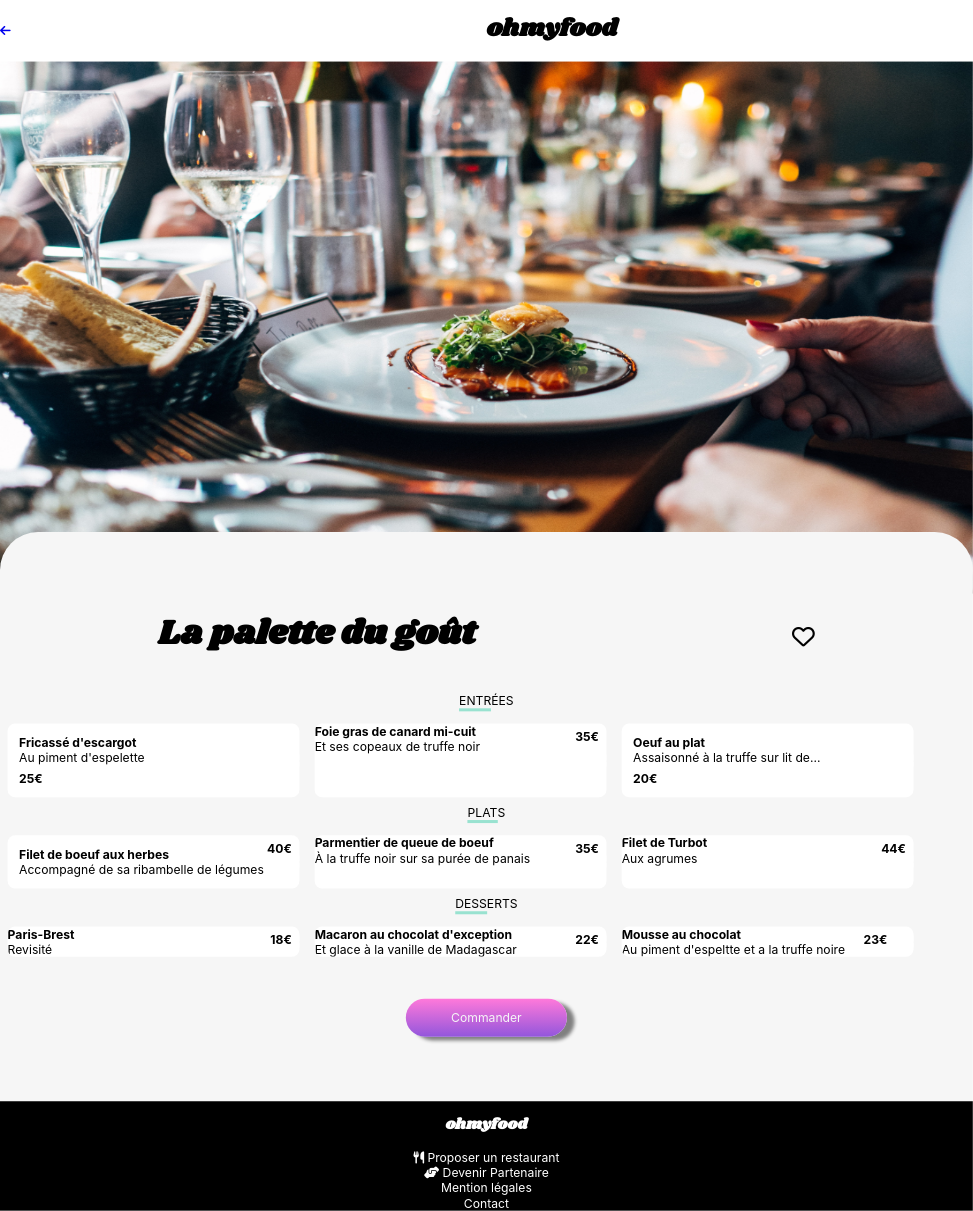
Repository: yacinebouk/ohmyfood
Page: palette.html
These files come from the project's save history. The page is drawn as it stood at one moment and after the next save; the edit follows.
The browser window is 1280 px wide. The pictures show the whole page, at 76% of full size.
Some web libraries are served in a nearby version. The style sheet was rebuilt from its Sass, Less or Tailwind sources for each picture, by a compiler version that may differ from the author's.

Above is the page before, as saved 2022-06-27 17:03:35.

### palette.html
<!DOCTYPE html>
<html lang="fr">

<head>
    <script src="https://kit.fontawesome.com/225bbe1e2d.js" crossorigin="anonymous"></script>
    <meta charset="utf-8" />
    <title>ohmyfood</title>
    <link rel="stylesheet" href="style/francaise.css" />
    <meta name="viewport" content="width=device-width, initial-scale=1">

</head>

<body>
    <main>
        <header>
            <div class="tittle-head">
                <div class="logo-tittle"><a href="./index.html"><i class="fa-solid fa-arrow-left"></i></a></div>
                <h1 class="tittle">ohmyfood</h1>
            </div>
            <div class="img-restaurant"><img src="./images/restaurants/jay-wennington-N_Y88TWmGwA-unsplash.jpg" width="100%" height="100%" class="logo" alt="francaise"></div>
        </header>
        <section class="food">
            <div class="french-tittle">
                <h2><b>La palette du goût</b> </h2>
                <div class="logo-heart"><i class="fa-regular fa-heart"></i></div>
            </div>
            <div class="starter">
                <div class="tittle"><span>ENTR</span>ÉES</div>
                <div class="block">
                    <div class="border">
                        <div class="pd-15">
                            <div class="text">
                                <div class="major"><b>Fricassé d'escargot</b></div>
                                <div class="flavors">Au piment d'espelette</div>
                            </div>
                            <div class="block-price">
                                <div class="price"><b>25€</b></div>
                            </div>
                        </div>
                        <div class="icon-slide"><i class="fa-solid fa-circle-check"></i></div>
                    </div>
                    <div class="border">
                        <div class="text">
                            <div class="major"><b>Foie gras de canard mi-cuit</b></div>
                            <div class="flavors">Et ses copeaux de truffe noir</div>
                        </div>
                        <div class="block-price">
                            <div class="price"><b>35€</b></div>
                            <div class="icon-slide"><i class="fa-solid fa-circle-check"></i></div>
                        </div>
                    </div>
                    <div class="border">
                        <div class="pd-15">
                            <div class="text">
                                <div class="major"><b>Oeuf au plat</b></div>
                                <div class="flavors">Assaisonné à la truffe sur lit de...</div>
                            </div>
                            <div class="block-price">
                                <div class="price"><b>20€</b></div>
                            </div>
                        </div>
                        <div class="icon-slide"><i class="fa-solid fa-circle-check"></i></div>
                    </div>
                </div>
                <div class="dishes">
                    <div class="tittle"><span>PLAT</span>S</div>
                    <div class="block">
                        <div class="border">
                            <div class="pd-15">
                                <div class="major"><b>Filet de boeuf aux herbes</b></div>
                                <div class="flavors">Accompagné de sa ribambelle de légumes</div>
                            </div>
                            <div class="block-price">
                                <div class="price"><b>40€</b></div>
                                <div class="icon-slide"><i class="fa-solid fa-circle-check"></i></div>
                            </div>

                        </div>
                        <div class="border">
                            <div class="text">
                                <div class="major"><b>Parmentier de queue de boeuf</b></div>
                                <div class="flavors">À la truffe noir sur sa purée de panais</div>
                            </div>
                            <div class="block-price">
                                <div class="price"><b>35€</b></div>
                                <div class="icon-slide"><i class="fa-solid fa-circle-check"></i></div>
                            </div>
                        </div>
                        <div class="border">
                            <div class="text">
                                <div class="major"><b>Filet de Turbot</b></div>
                                <div class="flavors">Aux agrumes</div>
                            </div>
                            <div class="block-price">
                                <div class="price"><b>44€</b></div>
                                <div class="icon-slide"><i class="fa-solid fa-circle-check"></i></div>
                            </div>
                        </div>
                    </div>
                </div>
            </div>
            <div class="dessert">
                <div class="tittle"><span>DESS</span>ERTS</div>
                <div class="block">
                    <div class="border">
                        <div class="text">
                            <div class="major"><b>Paris-Brest</b></div>
                            <div class="flavors">Revisité</div>
                        </div>
                        <div class="block-price">
                            <div class="price"><b>18€</b></div>
                            <div class="icon-slide"><i class="fa-solid fa-circle-check"></i></div>
                        </div>
                    </div>
                    <div class="border">
                        <div class="text">
                            <div class="major"><b>Macaron au chocolat d'exception</b></div>
                            <div class="flavors">Et glace à la vanille de Madagascar</div>
                        </div>
                        <div class="block-price">
                            <div class="price"><b>22€</b></div>
                            <div class="icon-slide"><i class="fa-solid fa-circle-check"></i></div>
                        </div>
                    </div>
                    <div class="border">
                        <div class="text">
                            <div class="major"><b>Mousse au chocolat</b></div>
                            <div class="flavors">Au piment d'espeltte et a la truffe noire</div>
                        </div>
                        <div class="price"><b>23€</b></div>
                        <div class="block-price">
                            <div class="icon-slide"><i class="fa-solid fa-circle-check"></i></div>
                        </div>
                    </div>
                </div>
            </div>
            <div class="order">
                <span>Commander</span>
            </div>
        </section>
        <footer>
            <div class="frame-end">
                <h3>ohmyfood</h3>
                <div class="end">
                    <div class="propose"> <i class="fa-solid fa-utensils"></i> Proposer un restaurant</div>
                    <div class="partner"> <i class="fa-solid fa-handshake-angle"></i> Devenir Partenaire</div>
                    <div class="mention">Mention légales</div>
                    <div class="contact">
                        <a href="mailto">Contact</a></div>
                </div>
            </div>
        </footer>
    </main>
</body>

### style/francaise.scss
     @font-face {
         font-family: 'Shrikhand';
         src: url('./Shrikhand-Regular.otf');
     }

     html {
         font-family: -apple-system, BlinkMacSystemFont, 'Segoe UI', Roboto, Oxygen, Ubuntu, Cantarell, 'Open Sans', 'Helvetica Neue', sans-serif;
     }

     header {
         height: 700px;
     }

     main {
         font-size: 16px;
     }

     body {
         margin: 0;
     }

     .img-restaurant {
         height: 100%;
         position: relative;
     }

     .tittle-head {
         display: flex;
         flex-direction: row;
     }

     .logo-heart {
         text-align: center;
         padding-top: 47px;
     }

     .logo-tittle {
         padding-top: 30px;
         width: 50%;
     }

     .food {
         padding-top: 30px;
         display: flex;
         flex-direction: column;
         justify-content: center;
         background-color: #f6f6f6;
         position: relative;
         width: 100%;
         border-radius: 50px 50px 0px 0px;
         height: auto;
     }

     .french-tittle {
         font-size: 30px;
         display: flex;
         flex-direction: row;
         justify-content: center;
         padding-top: 43px;
         padding-bottom: 10px;
         justify-content: space-around;
     }

     .french-text {
         padding-right: 30px;
     }

     .tittle {
         text-align: center;
     }

     .tittle span {
         border-bottom: #99E2D0 solid 4px;
     }

     .block {
         padding-top: 10px;
         display: flex;
         flex-direction: row;
     }

     @-webkit-keyframes fadein {
         from {
             opacity: 0;
         }
         to {
             opacity: 1;
         }
     }

     .border {
         overflow: hidden;
         margin: 10px;
         border-radius: 10px;
         background-color: white;
         width: 30%;
         display: flex;
         justify-content: space-between;
         flex-direction: row;
         & {
             animation: fadein 5s;
         }
     }

     .price {
         align-items: center;
         padding-top: 7px;
         margin-right: 10px;
         transition-duration: 1000ms;
     }

     footer {
         position: relative;
         clear: both;
     }

     .order {
         padding-top: 60px;
         text-align: center;
         padding-bottom: 100px;
     }

     .frame-end {
         text-align: center;
         background-color: black;
         color: white;
         display: flex;
         flex-direction: column;
     }

     h3 {
         font-family: 'Shrikhand';
         font-size: 20px;
     }

     h1 {
         font-family: 'Shrikhand';
     }

     h2 {
         font-family: 'Shrikhand';
     }

     .order span {
         box-shadow: grey 10px 5px 5px;
         background: linear-gradient(#FF79DA, #9356DC);
         border-radius: 50px 50px;
         padding: 15px 60px 15px 60px;
         color: #f6f6f6;
     }

     .pd-15 {
         width: 100%;
         padding: 15px 0px 15px 15px;
         white-space: nowrap;
         overflow: hidden;
         text-overflow: ellipsis;
         display: block;
         width: 100%;
     }

     .border:hover .icon-slide {
         width: 40px;
     }

     .border:after .icon-slide {
         width: 10px;
     }

     .border:hover .pd-15 {
         width: calc(100% - 100px);
     }

     .flavors {
         white-space: nowrap;
         overflow: hidden;
         text-overflow: ellipsis;
         display: block;
         width: 100%;
     }

     .icon-slide {
         transition: width 1s ease;
         width: 0px;
         align-items: center;
         background-color: #99E2D0;
         color: white;
         display: flex;
         justify-content: center;
         align-items: center;
     }

     .block-price {
         display: flex;
     }

     .price b {
         overflow: hidden;
         text-overflow: ellipsis;
         transition-duration: 1000ms;
     }

     .contact a {
         text-decoration: none white;
         color: white;
     }

     @media screen and (min-width: 320px) and (max-width: 768px) {
         .starter {
             display: flex;
             justify-content: space-between;
             flex-direction: column;
         }
         .block {
             display: flex;
             justify-content: space-between;
             flex-direction: column;
         }
         .border {
             width: auto;
         }
         .french-tittle {
             justify-content: space-between;
             margin-left: 15px;
         }
         .tittle {
             text-align: initial;
             margin-left: 15px;
         }
         h1 {
             font-size: 24px;
         }
         .logo-heart {
             padding-top: 13px;
             margin-right: 20px;
         }
         .logo-tittle {
             padding-top: 20px;
         }
         .tittle-head {
             margin: 0;
             padding: 0;
             width: 50%;
         }
         .frame-end {
             text-align: initial;
         }
         h2 {
             margin-left: 15px;
         }
         .end {
             margin-left: 15px;
         }
     }

After the next save:
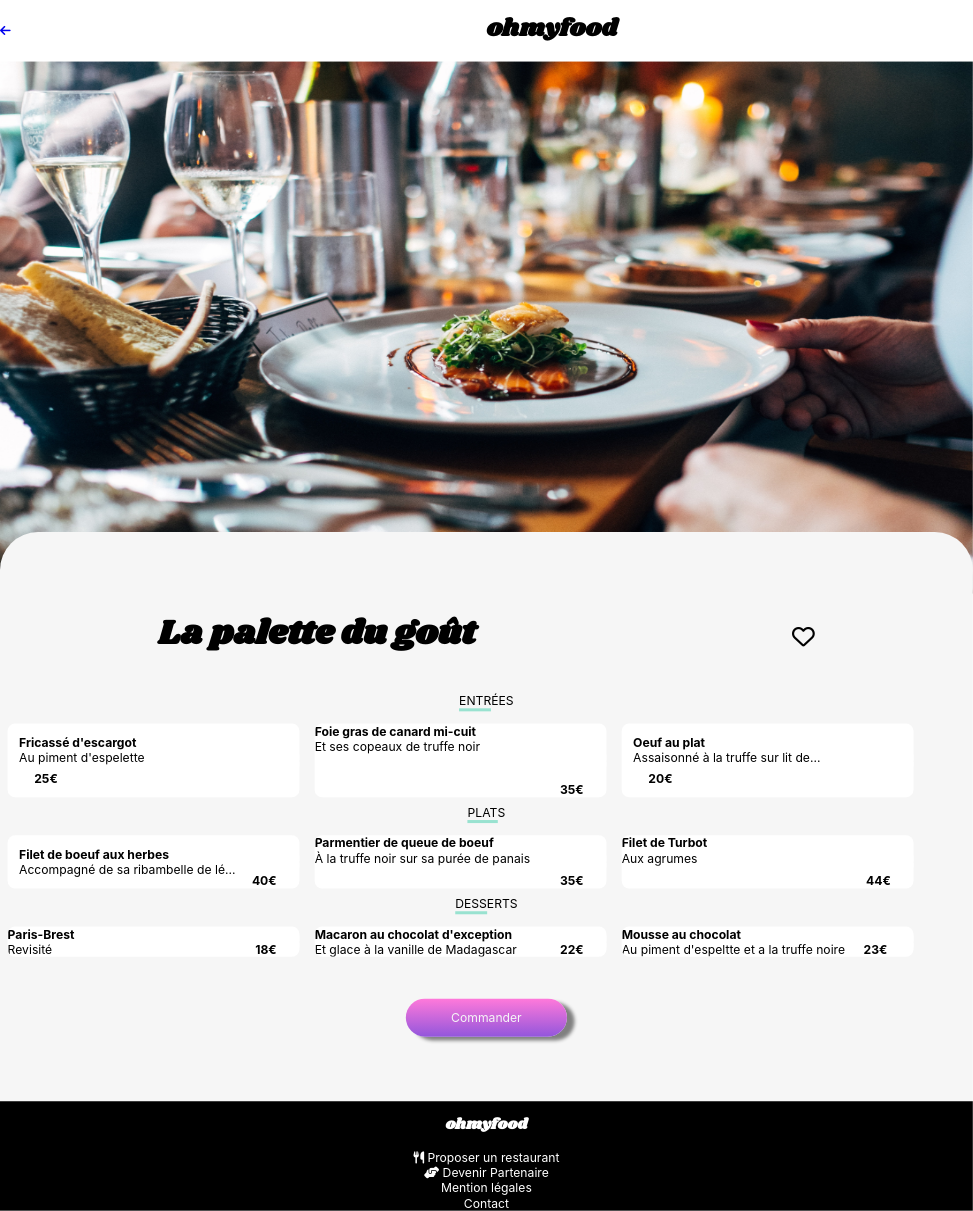
Saved 57 s later.
--- a/style/francaise.scss
+++ b/style/francaise.scss
@@ -103,7 +103,9 @@
      }
 
      .price {
-         align-items: center;
+         align-items: end;
+         display: flex;
+         padding: 0px 20px;
          padding-top: 7px;
          margin-right: 10px;
          transition-duration: 1000ms;
